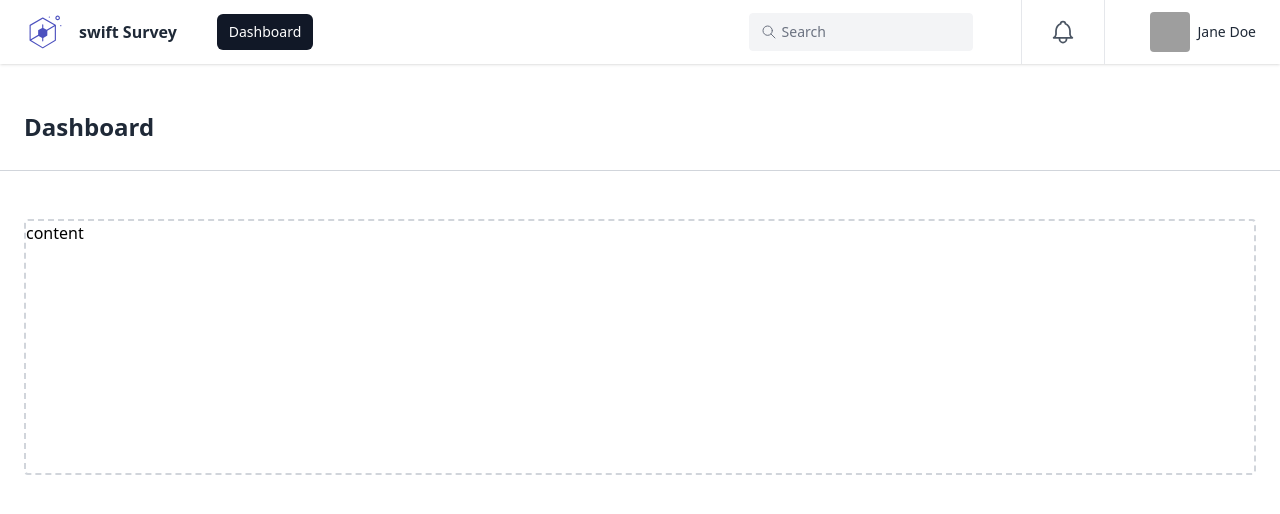
Repository: thomsontochi/swiftSurvey
Page: /dashboard (app in vue/)
These files come from the project's save history. The page is drawn as it stood at one moment and after the next save; the edit follows.
The browser window is 1280 px wide. The pictures show the whole page.
Pictures or frames that could not be fetched are drawn as grey boxes. The project was rebuilt for these pictures with package versions that can differ from the ones it lists, and the page was loaded fresh each time. Also part of the build but not shown: vue/vite.config.js, vue/src/views/Login.vue, vue/src/views/Register.vue, vue/src/views/Surveys.vue, vue/src/components/AuthLayout.vue, vue/src/components/Pages/Welcome.vue.

Above is the page before, as saved 2022-07-16 15:50:58.

### vue/src/main.js
import { createApp } from 'vue'
import App from './App.vue'
import store from './store'
import './index.css'
import router from './router'

createApp(App)
    .use(router)
    .use(store)
    .mount('#app')

### vue/src/App.vue
<script setup>

</script>

<template>

  <router-view></router-view>

</template>

### vue/src/store/index.js
import { createStore } from "vuex";

const store = createStore ({

    state: {
        user: {
            data: {},
            token: 123,
          }
    },
    getters:{},
    actions:{},
    mutations:{},
    modules:{}
})

export default store;

### vue/src/views/Dashboard.vue
<template>

     <!-- Page title starts -->

        <div class="  my-6 lg:my-12 container px-6 mx-auto flex flex-col lg:flex-row items-start lg:items-center justify-between pb-4 border-b border-gray-300">
            <div>
                <h4 class="text-2xl font-bold leading-tight text-gray-800">Dashboard</h4>

                <ul class="flex flex-col md:flex-row items-start md:items-center text-gray-600 text-sm mt-3"> </ul>
            </div>
            <!-- <div class="mt-6 lg:mt-0">
                <button class="mx-2 my-2 bg-white transition duration-150 ease-in-out focus:outline-none hover:bg-gray-100 rounded text-indigo-700 px-6 py-2 text-sm">Back</button>
                <button class="transition duration-150 ease-in-out hover:bg-indigo-600 focus:outline-none border bg-indigo-700 rounded text-white px-8 py-2 text-sm">Edit Profile</button>
            </div> -->
        </div>
        <!-- Page title ends -->


        <div class="container mx-auto px-6">
            <!-- Remove class [ h-64 ] when adding a card block -->
            <!-- Remove class [ border-dashed border-2 border-gray-300 ] to remove dotted border -->
            <div class="w-full h-64 rounded border-dashed border-2 border-gray-300">
                <!-- Place your content here -->
                <h1>content</h1>
            </div>
        </div>


</template>

<!-- <script>
export default {
    name: "LightWithGreyBackground",
    data() {
        return {
            xmlns: "http://www.w3.org/2000/svg",
            xlink: "http://www.w3.org/1999/xlink",
            profilePhoto: "https://tuk-cdn.s3.amazonaws.com/assets/components/boxed_layout/bl_1.png",
        };
    },
    methods: {
        dropdownHandler(event) {
            let single = event.currentTarget.getElementsByTagName("ul")[0];
            single.classList.toggle("hidden");
        },
        MenuHandler(el, val) {
            let MainList = el.currentTarget.parentElement.getElementsByTagName("ul")[0];
            let closeIcon = el.currentTarget.parentElement.getElementsByClassName("close-m-menu")[0];
            let showIcon = el.currentTarget.parentElement.getElementsByClassName("show-m-menu")[0];
            if (val) {
                MainList.classList.remove("hidden");
                el.currentTarget.classList.add("hidden");
                closeIcon.classList.remove("hidden");
            } else {
                showIcon.classList.remove("hidden");
                MainList.classList.add("hidden");
                el.currentTarget.classList.add("hidden");
            }
        },
    },
};
</script> -->

### vue/src/components/DefaultLayout.vue
<template>
    <div class="">
        <!-- Navigation starts -->
        <nav class="w-full mx-auto bg-white shadow">
            <div class="container px-6 justify-between h-16 flex items-center lg:items-stretch mx-auto">
                <div class="h-full flex items-center">
                    <div class="mr-10 flex items-center">
                        <svg aria-label="Home" id="logo" enable-background="new 0 0 300 300" height="44" viewBox="0 0 300 300" width="43" v-bind:xmlns="xmlns" :xmlns:xlink="xlink">
                            <g>
                                <path
                                    fill="#4c51bf"
                                    d="m234.735 35.532c-8.822 0-16 7.178-16 16s7.178 16 16 16 16-7.178 16-16-7.178-16-16-16zm0 24c-4.412 0-8-3.588-8-8s3.588-8 8-8 8 3.588 8 8-3.588 8-8 8zm-62.529-14c0-2.502 2.028-4.53 4.53-4.53s4.53 2.028 4.53 4.53c0 2.501-2.028 4.529-4.53 4.529s-4.53-2.027-4.53-4.529zm89.059 60c0 2.501-2.028 4.529-4.53 4.529s-4.53-2.028-4.53-4.529c0-2.502 2.028-4.53 4.53-4.53s4.53 2.029 4.53 4.53zm-40.522-5.459-88-51.064c-1.242-.723-2.773-.723-4.016 0l-88 51.064c-1.232.715-1.992 2.033-1.992 3.459v104c0 1.404.736 2.705 1.938 3.428l88 52.936c.635.381 1.35.572 2.062.572s1.428-.191 2.062-.572l88-52.936c1.201-.723 1.938-2.023 1.938-3.428v-104c0-1.426-.76-2.744-1.992-3.459zm-90.008-42.98 80.085 46.47-52.95 31.289-23.135-13.607v-21.713c0-2.209-1.791-4-4-4s-4 1.791-4 4v21.713l-26.027 15.309c-1.223.719-1.973 2.029-1.973 3.447v29.795l-52 30.727v-94.688zm0 198.707-80.189-48.237 51.467-30.412 24.723 14.539v19.842c0 2.209 1.791 4 4 4s4-1.791 4-4v-19.842l26.027-15.307c1.223-.719 1.973-2.029 1.973-3.447v-31.667l52-30.728v94.729z"
                                />
                            </g>
                        </svg>
                        <router-link :to="{path: '/' }" class="text-base text-gray-800 font-bold tracking-normal leading-tight ml-3 hidden lg:block">swift Survey</router-link>
                    </div>

                    <ul class="pr-12 xl:flex items-center h-full hidden">
                        <li class="hover:text-indigo-700 cursor-pointer h-full flex items-center text-sm  tracking-normal">
                         <router-link
                            v-for="item in navigation"
                            :key="item.name"
                            :to="item.to"
                            active-class="bg-gray-900 text-white"
                            :class="[ this.$route.name === item.to.name ? '' : ' hover:bg-gray-700 hover:text-white', 'px-3 py-2 rounded-md text-sm font-medium']">
                              {{item.name}}
                        </router-link>
                        </li>
                        <!-- <li class="hover:text-indigo-700 cursor-pointer h-full flex items-center text-sm text-gry-800 mx-10 tracking-normal">
                         <router-link
                            v-for="item in navigation"
                            :key="item.name"
                            :to="item.to"
                            active-class="bg-gray-900 text-white"
                            :class="[ this.$route.name === item.to.name ? '' : ' hover:bg-gray-700 hover:text-white', 'px-3 py-2 rounded-md text-sm font-medium']"
                         >
                       {{item.name}}
                        </router-link>
                        </li> -->

                    </ul>
                </div>

                <div class="h-full xl:flex items-center justify-end hidden">
                    <div class="w-full h-full flex items-center">
                        <div class="w-full pr-12 h-full flex items-center border-r">
                            <div class="relative w-full">
                                <div class="text-gray-500 absolute ml-3 inset-0 m-auto w-4 h-4">
                                    <svg v-bind:xmlns="xmlns" class="icon icon-tabler icon-tabler-search" width="16" height="16" viewBox="0 0 24 24" stroke-width="1.5" stroke="currentColor" fill="none" stroke-linecap="round" stroke-linejoin="round">
                                        <path stroke="none" d="M0 0h24v24H0z" />
                                        <circle cx="10" cy="10" r="7" />
                                        <line x1="21" y1="21" x2="15" y2="15" />
                                    </svg>
                                </div>
                                <input class="border border-gray-100 focus:outline-none focus:border-indigo-700 w-56 rounded text-sm text-gray-500 bg-gray-100 pl-8 py-2" type="text" placeholder="Search" />
                            </div>
                        </div>
                        <div class="w-full h-full flex">
                            <div class="w-32 h-full flex items-center justify-center border-r cursor-pointer text-gray-600">
                                <svg v-bind:xmlns="xmlns" class="icon icon-tabler icon-tabler-bell" width="28" height="28" viewBox="0 0 24 24" stroke-width="1.5" stroke="currentColor" fill="none" stroke-linecap="round" stroke-linejoin="round">
                                    <path stroke="none" d="M0 0h24v24H0z" />
                                    <path d="M10 5a2 2 0 0 1 4 0a7 7 0 0 1 4 6v3a4 4 0 0 0 2 3h-16a4 4 0 0 0 2 -3v-3a7 7 0 0 1 4 -6" />
                                    <path d="M9 17v1a3 3 0 0 0 6 0v-1" />
                                </svg>
                            </div>
                            <div aria-haspopup="true" class="cursor-pointer w-full flex items-center justify-end relative" @click="dropdownHandler($event)">
                                <ul class="p-2 w-40 border-r bg-white absolute rounded z-40 left-0 shadow mt-64 hidden">
                                    <li class="cursor-pointer text-gray-600 text-sm leading-3 tracking-normal py-2 hover:text-indigo-700 focus:text-indigo-700 focus:outline-none">
                                        <div class="flex items-center">
                                            <svg v-bind:xmlns="xmlns" class="icon icon-tabler icon-tabler-user" width="20" height="20" viewBox="0 0 24 24" stroke-width="1.5" stroke="currentColor" fill="none" stroke-linecap="round" stroke-linejoin="round">
                                                <path stroke="none" d="M0 0h24v24H0z" />
                                                <circle cx="12" cy="7" r="4" />
                                                <path d="M6 21v-2a4 4 0 0 1 4 -4h4a4 4 0 0 1 4 4v2" />
                                            </svg>
                                            <span class="ml-2"> My Profile </span>
                                        </div>
                                    </li>
                                    <li class="cursor-pointer text-gray-600 text-sm leading-3 tracking-normal mt-2 py-2 hover:text-indigo-700 focus:text-indigo-700 focus:outline-none flex items-center">
                                        <svg v-bind:xmlns="xmlns" class="icon icon-tabler icon-tabler-help" width="20" height="20" viewBox="0 0 24 24" stroke-width="1.5" stroke="currentColor" fill="none" stroke-linecap="round" stroke-linejoin="round">
                                            <path stroke="none" d="M0 0h24v24H0z" />
                                            <circle cx="12" cy="12" r="9" />
                                            <line x1="12" y1="17" x2="12" y2="17.01" />
                                            <path d="M12 13.5a1.5 1.5 0 0 1 1 -1.5a2.6 2.6 0 1 0 -3 -4" />
                                        </svg>
                                        <span class="ml-2">Help Center</span>
                                    </li>
                                    <li class="cursor-pointer text-gray-600 text-sm leading-3 tracking-normal mt-2 py-2 hover:text-indigo-700 flex items-center focus:text-indigo-700 focus:outline-none">
                                        <svg v-bind:xmlns="xmlns" class="icon icon-tabler icon-tabler-settings" width="20" height="20" viewBox="0 0 24 24" stroke-width="1.5" stroke="currentColor" fill="none" stroke-linecap="round" stroke-linejoin="round">
                                            <path stroke="none" d="M0 0h24v24H0z" />
                                            <path d="M10.325 4.317c.426-1.756 2.924-1.756 3.35 0a1.724 1.724 0 0 0 2.573 1.066c1.543-.94 3.31.826 2.37 2.37a1.724 1.724 0 0 0 1.065 2.572c1.756.426 1.756 2.924 0 3.35a1.724 1.724 0 0 0 -1.066 2.573c.94 1.543-.826 3.31-2.37 2.37a1.724 1.724 0 0 0 -2.572 1.065c-.426 1.756-2.924 1.756-3.35 0a1.724 1.724 0 0 0 -2.573 -1.066c-1.543.94-3.31-.826-2.37-2.37a1.724 1.724 0 0 0 -1.065 -2.572c-1.756-.426-1.756-2.924 0-3.35a1.724 1.724 0 0 0 1.066 -2.573c-.94-1.543.826-3.31 2.37-2.37.996.608 2.296.07 2.572-1.065z" />
                                            <circle cx="12" cy="12" r="3" />
                                        </svg>
                                        <span class="ml-2">Account Settings</span>
                                    </li>
                                </ul>
                                <img class="rounded h-10 w-10 object-cover" v-bind:src="profilePhoto" alt="logo" />
                                <p class="text-gray-800 text-sm ml-2">Jane Doe</p>
                            </div>
                        </div>
                    </div>
                </div>

                <div class="visible xl:hidden flex items-center">
                    <ul class="z-40 p-2 border-r bg-white absolute rounded top-0 left-0 right-0 shadow mt-16 md:mt-16 hidden">
                        <li class="flex xl:hidden cursor-pointer text-gray-600 text-base leading-3 tracking-normal mt-2 py-3 hover:text-indigo-700 focus:text-indigo-700 focus:outline-none">
                            <div class="flex items-center">
                                <span class="leading-6 ml-2 font-bold"> Dashboard </span>
                            </div>
                        </li>
                        <li class="xl:hidden flex-col cursor-pointer text-gray-600 text-base leading-3 tracking-normal py-3 hover:text-indigo-700 focus:text-indigo-700 focus:outline-none flex justify-center" @click="dropdownHandler($event)">
                            <div class="flex items-center">
                                <span class="leading-6 ml-2 font-bold"> Products </span>
                            </div>
                            <ul class="ml-2 mt-3 hidden">
                                <li class="cursor-pointer text-gray-600 text-sm leading-3 tracking-normal py-3 hover:bg-indigo-700 hover:text-white px-3 font-normal">Landing Pages</li>
                                <li class="cursor-pointer text-gray-600 text-sm leading-3 tracking-normal py-3 hover:bg-indigo-700 hover:text-white px-3 font-normal">Templates</li>
                                <li class="cursor-pointer text-gray-600 text-sm leading-3 tracking-normal py-3 hover:bg-indigo-700 hover:text-white px-3 font-normal">Components</li>
                            </ul>
                        </li>
                        <li class="xl:hidden cursor-pointer text-gray-600 text-base leading-3 tracking-normal py-3 hover:text-indigo-700 flex items-center focus:text-indigo-700 focus:outline-none">
                            <span class="leading-6 ml-2 font-bold">Performance</span>
                        </li>
                        <li class="xl:hidden flex-col cursor-pointer text-gray-600 text-base leading-3 tracking-normal mb-2 py-3 hover:text-indigo-700 focus:text-indigo-700 focus:outline-none flex justify-center" @click="dropdownHandler($event)">
                            <div class="flex items-center">
                                <span class="leading-6 ml-2 font-bold"> Deliverables </span>
                            </div>
                            <ul class="ml-2 mt-3 hidden">
                                <li class="cursor-pointer text-gray-600 text-sm leading-3 tracking-normal py-3 hover:bg-indigo-700 hover:text-white px-3 font-normal">Landing Pages</li>
                                <li class="cursor-pointer text-gray-600 text-sm leading-3 tracking-normal py-3 hover:bg-indigo-700 hover:text-white px-3 font-normal">Templates</li>
                                <li class="cursor-pointer text-gray-600 text-sm leading-3 tracking-normal py-3 hover:bg-indigo-700 hover:text-white px-3 font-normal">Components</li>
                            </ul>
                        </li>
                        <li>
                            <hr class="border-b border-gray-300 w-full" />
                        </li>
                        <li class="ml-2 cursor-pointer text-gray-600 text-sm leading-3 tracking-normal mt-2 py-2 hover:text-indigo-700 flex items-center focus:text-indigo-700 focus:outline-none">
                            <div class="flex items-center">
                                <div class="w-12 cursor-pointer flex text-sm border-2 border-transparent rounded focus:outline-none focus:border-white transition duration-150 ease-in-out">
                                    <img class="rounded h-10 w-10 object-cover" v-bind:src="profilePhoto" alt="logo" />
                                </div>
                                <p class="leading-6 text-base ml-1 cursor-pointer">Jane Doe</p>
                                <div class="sm:ml-2 text-white relative">
                                    <svg v-bind:xmlns="xmlns" class="icon icon-tabler icon-tabler-chevron-down cursor-pointer" width="20" height="20" viewBox="0 0 24 24" stroke-width="1.5" stroke="currentColor" fill="none" stroke-linecap="round" stroke-linejoin="round">
                                        <path stroke="none" d="M0 0h24v24H0z"></path>
                                        <polyline points="6 9 12 15 18 9"></polyline>
                                    </svg>
                                </div>
                            </div>
                        </li>
                        <li class="ml-2 cursor-pointer text-gray-600 text-base leading-3 tracking-normal py-2 hover:text-indigo-700 focus:text-indigo-700 focus:outline-none">
                            <div class="flex items-center">
                                <svg v-bind:xmlns="xmlns" class="icon icon-tabler icon-tabler-user" width="24" height="24" viewBox="0 0 24 24" stroke-width="1.5" stroke="currentColor" fill="none" stroke-linecap="round" stroke-linejoin="round">
                                    <path stroke="none" d="M0 0h24v24H0z" />
                                    <circle cx="12" cy="7" r="4" />
                                    <path d="M6 21v-2a4 4 0 0 1 4 -4h4a4 4 0 0 1 4 4v2" />
                                </svg>
                                <span class="leading-6 ml-2">Profile</span>
                            </div>
                        </li>
                    </ul>

                    <svg @click="MenuHandler($event, true)" aria-haspopup="true" aria-label="Main Menu" v-bind:xmlns="xmlns" class="show-m-menu icon icon-tabler icon-tabler-menu" width="28" height="28" viewBox="0 0 24 24" stroke-width="1.5" stroke="#000" fill="none" stroke-linecap="round" stroke-linejoin="round">
                        <path stroke="none" d="M0 0h24v24H0z"></path>
                        <line x1="4" y1="8" x2="20" y2="8"></line>
                        <line x1="4" y1="16" x2="20" y2="16"></line>
                    </svg>
                    <div class="hidden close-m-menu" @click="MenuHandler($event, false)">
                        <svg aria-label="Close" v-bind:xmlns="xmlns" width="24" height="24" viewBox="0 0 24 24" stroke-width="1.5" stroke="#000" fill="none" stroke-linecap="round" stroke-linejoin="round">
                            <path stroke="none" d="M0 0h24v24H0z" />
                            <line x1="18" y1="6" x2="6" y2="18" />
                            <line x1="6" y1="6" x2="18" y2="18" />
                        </svg>
                    </div>
                </div>
            </div>
        </nav>
        <!-- Navigation ends -->

        <router-view></router-view>

    </div>
</template>

<script>


    const navigation = [
        { name: "Dashboard", to: { path: "/Dashboard" } },
        // { name: "surveys", to: { path: "/Surveys" } }
        ];
 const navigation2 = [
        { name: "Dashboard", to: { path: "/Dashboard" } },
        // { name: "surveys", to: { path: "/Surveys" } }
        ];


export default {
    name: "LightWithGreyBackground",
    data() {
        return {
            xmlns: "http://www.w3.org/2000/svg",
            xlink: "http://www.w3.org/1999/xlink",
            profilePhoto: "https://tuk-cdn.s3.amazonaws.com/assets/components/boxed_layout/bl_1.png",
        };
    },


    methods: {
        dropdownHandler(event) {
            let single = event.currentTarget.getElementsByTagName("ul")[0];
            single.classList.toggle("hidden");
        },
        MenuHandler(el, val) {
            let MainList = el.currentTarget.parentElement.getElementsByTagName("ul")[0];
            let closeIcon = el.currentTarget.parentElement.getElementsByClassName("close-m-menu")[0];
            let showIcon = el.currentTarget.parentElement.getElementsByClassName("show-m-menu")[0];
            if (val) {
                MainList.classList.remove("hidden");
                el.currentTarget.classList.add("hidden");
                closeIcon.classList.remove("hidden");
            } else {
                showIcon.classList.remove("hidden");
                MainList.classList.add("hidden");
                el.currentTarget.classList.add("hidden");
            }
        },

    },

    setup() {

        return {

          navigation,

        };


    }











};


</script>

### vue/tailwind.config.js
/** @type {import('tailwindcss').Config} */
module.exports = {
  content: [
    "./index.html",
    "./src/**/*.{vue,js,ts,jsx,tsx}",
  ],
  theme: {
    extend: {},
  },
  plugins: [require("@tailwindcss/forms")],
}

Loaded but not shown: vue/index.html (common file); vue/src/index.css (common file); vue/src/router/index.js (71 lines, source omitted)

After the next save:
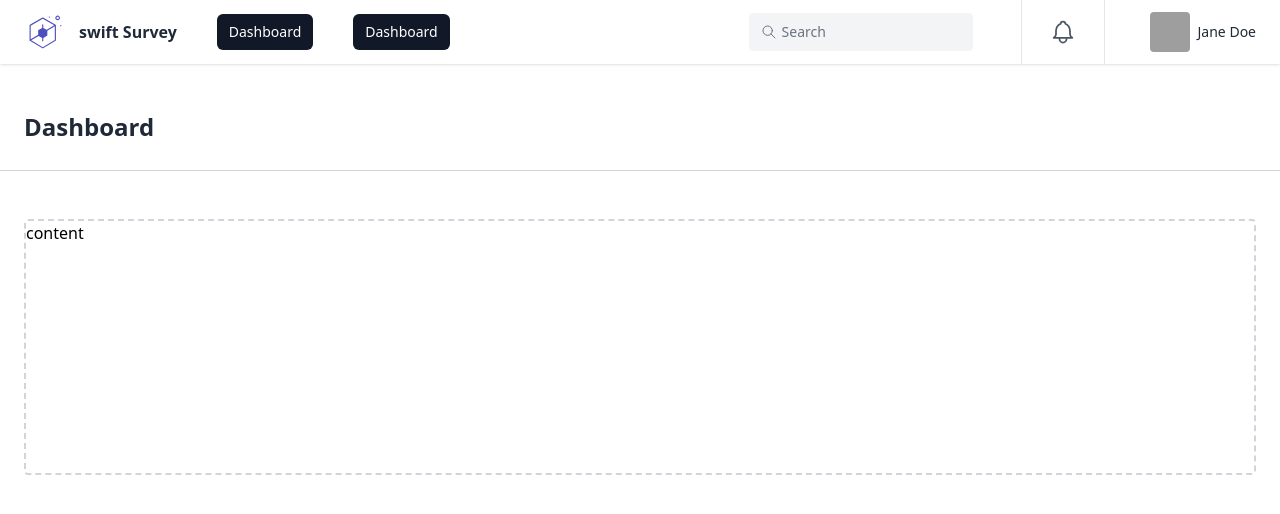
Saved 5 s later.
--- a/vue/src/components/DefaultLayout.vue
+++ b/vue/src/components/DefaultLayout.vue
@@ -27,7 +27,7 @@
                               {{item.name}}
                         </router-link>
                         </li>
-                        <!-- <li class="hover:text-indigo-700 cursor-pointer h-full flex items-center text-sm text-gry-800 mx-10 tracking-normal">
+                        <li class="hover:text-indigo-700 cursor-pointer h-full flex items-center text-sm text-gry-800 mx-10 tracking-normal">
                          <router-link
                             v-for="item in navigation"
                             :key="item.name"
@@ -37,7 +37,7 @@
                          >
                        {{item.name}}
                         </router-link>
-                        </li> -->
+                        </li>
 
                     </ul>
                 </div>

After the save that followed:
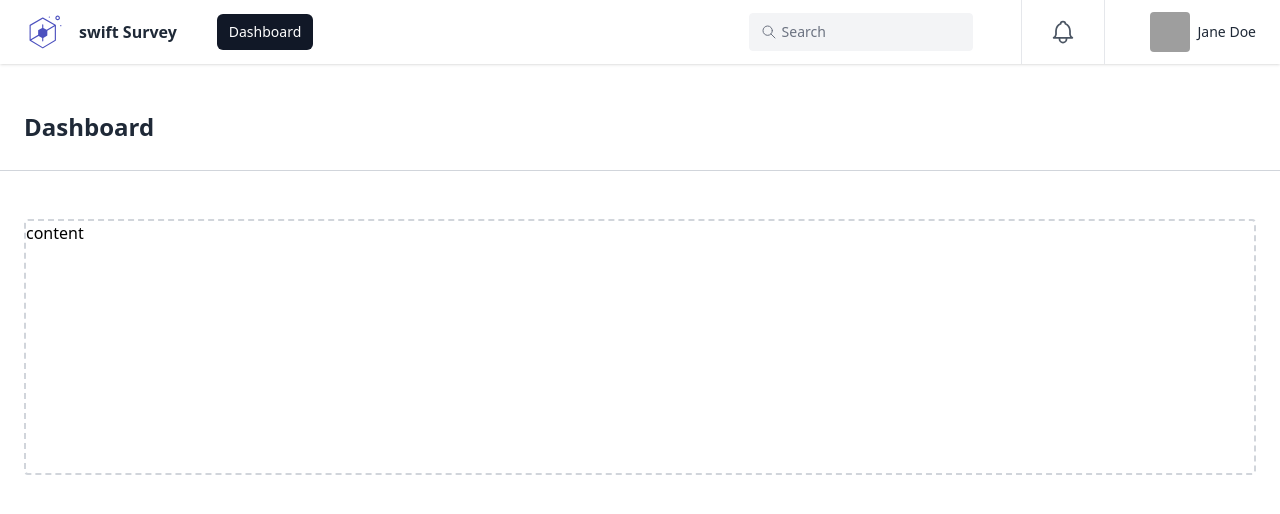
Saved 4 s later.
--- a/vue/src/components/DefaultLayout.vue
+++ b/vue/src/components/DefaultLayout.vue
@@ -29,7 +29,7 @@
                         </li>
                         <li class="hover:text-indigo-700 cursor-pointer h-full flex items-center text-sm text-gry-800 mx-10 tracking-normal">
                          <router-link
-                            v-for="item in navigation"
+                            v-for="item in navigation2"
                             :key="item.name"
                             :to="item.to"
                             active-class="bg-gray-900 text-white"
